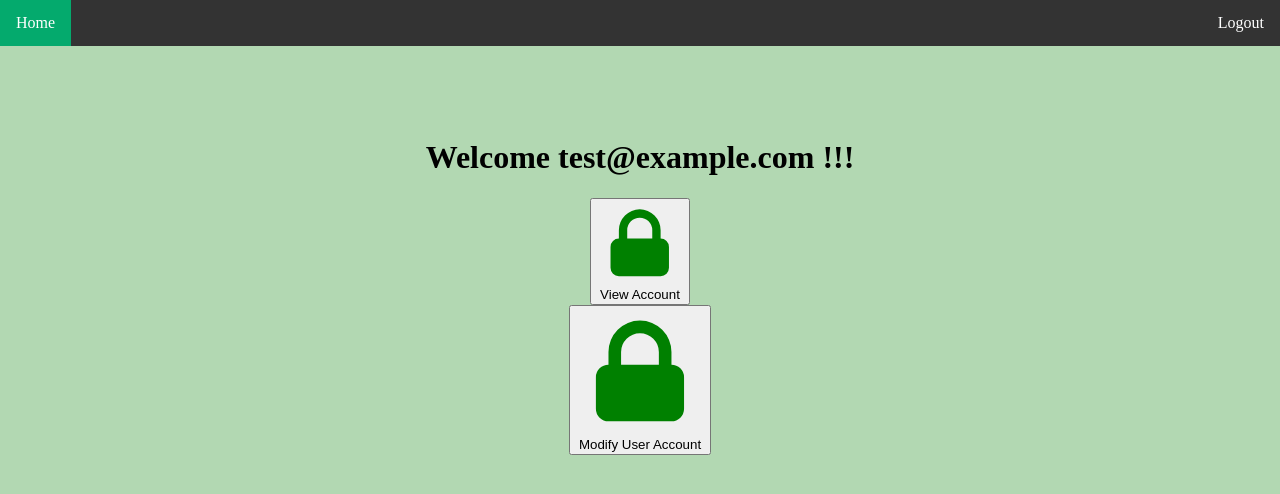
Repository: sach7691/original-book-store
Page: http://localhost/online-book-store-application/dashboard.jsp
An editor plug-in stored every save of this project. The page is shown before and after the next save, followed by the edit.
The browser window is 1280 px wide. The pictures show the whole page.
The page is served by Tomcat 9. The session is filled in as if someone had signed in: {"email": "test@example.com"}.

Above is the page before, as saved 2022-08-31 19:52:00.

After the next save:
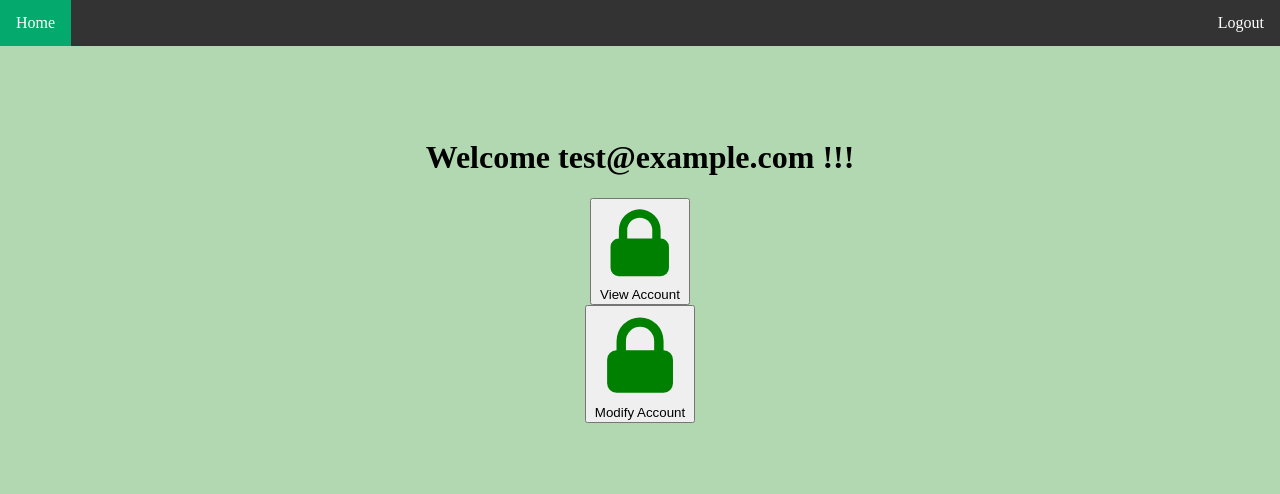
Saved 37 s later.
--- a/online-book-store-application/src/main/webapp/dashboard.jsp
+++ b/online-book-store-application/src/main/webapp/dashboard.jsp
@@ -110,7 +110,7 @@ session.getAttribute("modifyCustomer");
               <path fill-rule="evenodd" d="M5 9V7a5 5 0 0110 0v2a2 2 0 012 2v5a2 2 0 01-2 2H5a2 2 0 01-2-2v-5a2 2 0 012-2zm8-2v2H7V7a3 3 0 016 0z" clip-rule="evenodd" />
             </svg>
           </span>
-          Modify User Account
+          Modify Account
         </button>
  </form>
 </center>
